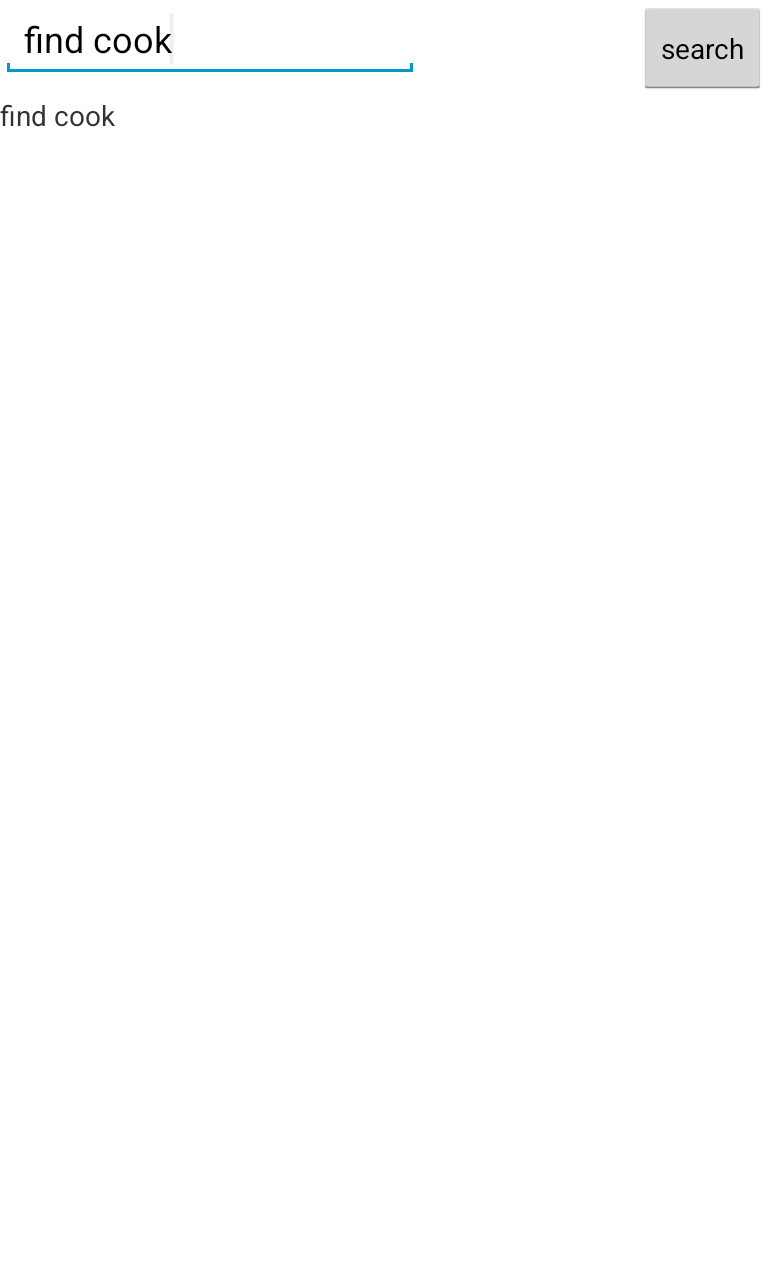
Repository: KnightFreedom/cookcook
Layout: client/CookCook/res/layout/browse_activity.xml
The author's editor kept a copy of each file at every save. The layout is drawn from the files as they stood at one save, then again after the next save.
It is drawn on a 768 x 1280 px phone screen (xhdpi) without system bars, with theme AppTheme; the app's code is not run.

Above is the layout before, as saved 2017-05-11 10:35:24.

After the next save:
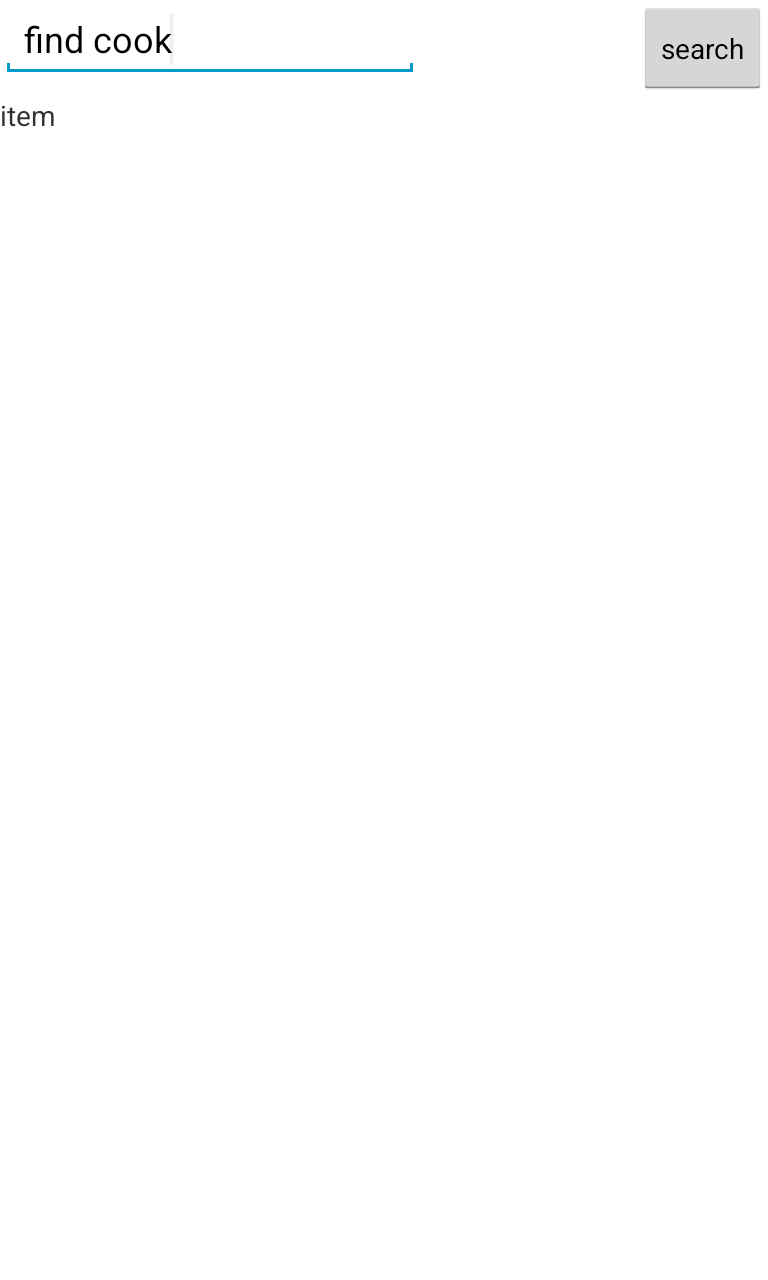
Saved 4 s later.
--- a/client/CookCook/res/layout/browse_activity.xml
+++ b/client/CookCook/res/layout/browse_activity.xml
@@ -40,7 +40,7 @@
             android:layout_height="wrap_content"
             android:layout_alignParentLeft = "true"
             android:ems="10"
-            android:text="find cook" >
+            android:text="item" >
             <requestFocus />
         </TextView>
 
